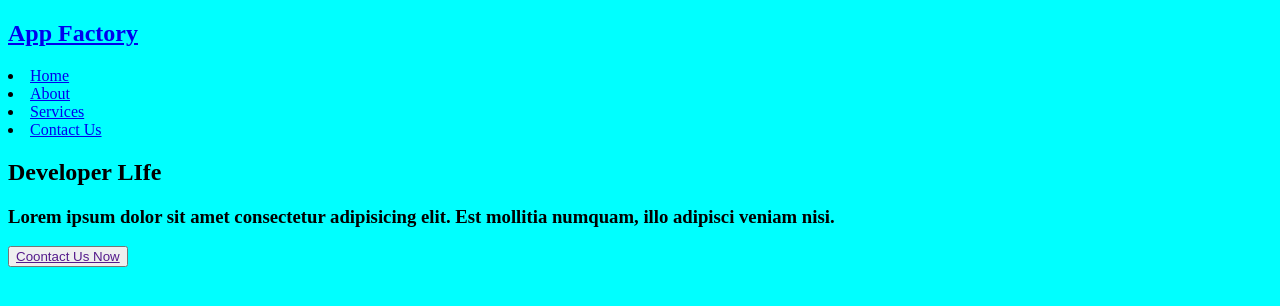
Repository: Samkiroko/app_factort_project_1
Page: index.html
An editor plug-in stored every save of this project. The page is shown before and after the next save, followed by the edit.
The browser window is 1280 px wide. The pictures show the whole page.

Above is the page before, as saved 2023-02-03 15:55:44.

### index.html
<!DOCTYPE html>
<html lang="en">
  <head>
    <meta charset="UTF-8" />
    <meta http-equiv="X-UA-Compatible" content="IE=edge" />
    <meta name="viewport" content="width=device-width, initial-scale=1.0" />
    <title>My First Website</title>
  </head>
  <body style='background-color: aqua;'>
    <header>
      <!-- start logo -->
      <div>
        <h2><a href="index.html">App Factory</a></h2>
      </div>
      <!-- end logo -->
      <!-- Start Navbar -->
      <nav>
        <li><a href="#">Home</a></li>
        <li><a href="#">About</a></li>
        <li><a href="#">Services</a></li>
        <li><a href="#">Contact Us</a></li>
      </nav>
      <!-- end Navbar -->
    </header>

    <!-- Start hero page -->
<section>
  <div class="background-image"></div>
  <div>
    <h1>Developer LIfe</h1>
    <h3>Lorem ipsum dolor sit amet consectetur adipisicing elit. Est mollitia numquam, illo adipisci veniam nisi.</h3>
    <button>
      <a href="">Coontact Us Now</a>
    </button>
  </div>
</section>
    <!-- End hero page -->
  </body>
</html>

After the next save:
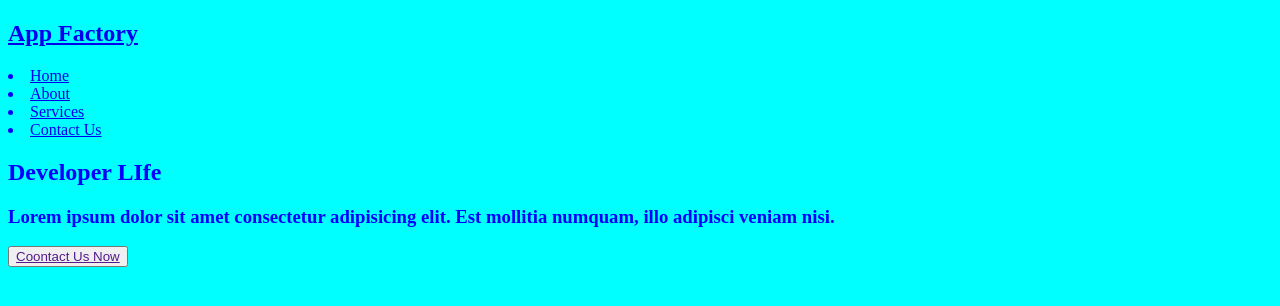
Saved 54 s later.
--- a/index.html
+++ b/index.html
@@ -6,7 +6,7 @@
     <meta name="viewport" content="width=device-width, initial-scale=1.0" />
     <title>My First Website</title>
   </head>
-  <body style='background-color: aqua;'>
+  <body style='background-color: aqua; color:blue;'>
     <header>
       <!-- start logo -->
       <div>
